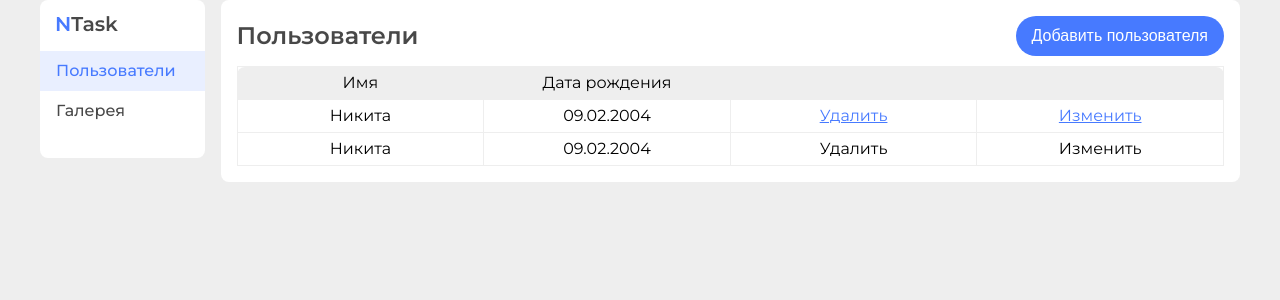
Repository: Grid-Master/NTask
Page: /
These files come from the project's save history. The page is drawn as it stood at one moment and after the next save; the edit follows.
The browser window is 1280 px wide. The pictures show the whole page.
The project was rebuilt for these pictures with package versions that can differ from the ones it lists, and the page was loaded fresh each time.

Above is the page before, as saved 2023-06-05 09:38:22.

### public/index.html
<!DOCTYPE html>
<html lang="en">
  <head>
    <meta charset="utf-8" />
    <link rel="icon" href="%PUBLIC_URL%/favicon.ico" />
    <meta name="viewport" content="width=device-width, initial-scale=1" />
    <meta name="theme-color" content="#000000" />
    <meta name="description" content="Web site created using create-react-app" />
    <link rel="apple-touch-icon" href="%PUBLIC_URL%/logo192.png" />
    <link rel="preconnect" href="https://fonts.googleapis.com" />
    <link rel="preconnect" href="https://fonts.gstatic.com" crossorigin />
    <link
      href="https://fonts.googleapis.com/css2?family=Montserrat:wght@300;400;500;600;700&display=swap"
      rel="stylesheet" />
    <link rel="manifest" href="%PUBLIC_URL%/manifest.json" />
    <title>React App</title>
  </head>
  <body>
    <noscript>You need to enable JavaScript to run this app.</noscript>
    <div id="root"></div>
  </body>
</html>

### src/index.css
html, body, div, span, applet, object, iframe,
h1, h2, h3, h4, h5, h6, p, blockquote, pre,
a, abbr, acronym, address, big, cite, code,
del, dfn, em, img, ins, kbd, q, s, samp,
small, strike, strong, sub, sup, tt, var,
b, u, i, center,
dl, dt, dd, ol, ul, li,
fieldset, form, label, legend,
table, caption, tbody, tfoot, thead, tr, th, td,
article, aside, canvas, details, embed,
figure, figcaption, footer, header, hgroup,
menu, nav, output, ruby, section, summary,
time, mark, audio, video {
	margin: 0;
	padding: 0;
	border: 0;
	font-size: 100%;
	font: inherit;
	vertical-align: baseline;
}
/* HTML5 display-role reset for older browsers */
article, aside, details, figcaption, figure,
footer, header, hgroup, menu, nav, section {
	display: block;
}
body {
	line-height: 1;
}
ol, ul {
	list-style: none;
}
blockquote, q {
	quotes: none;
}
blockquote:before, blockquote:after,
q:before, q:after {
	content: '';
	content: none;
}
table {
	border-collapse: collapse;
}
body {
  margin: 0;
  font-family: Montserrat;
  background: #EEEEEE;
  max-width: 1200px;
  margin: 0 auto;

}

code {
  font-family: source-code-pro, Menlo, Monaco, Consolas, 'Courier New',
    monospace;
}

### src/App.tsx
import './App.css';
import Navbar from './components/navabar/Navbar';
import UserList from './components/userList/UserList';

function App() {
  return (
    <div className="App">
      <Navbar />
      <UserList />
    </div>
  );
}

export default App;

### src/App.css
.App {
  display: flex;
  align-items:start;
  gap: 16px;
}

### src/components/navabar/Navbar.tsx
import { FC } from 'react';
import './navbar.sass';
const logo = require('../../images/logo.png');

const Navbar: FC = () => {
  return (
    <div className="navbar">
      <div className="navbar__imagecontainer">
        <img src={logo} alt="logo" />
      </div>
      <div className="navbar__item navbar__active">Пользователи</div>
      <div className="navbar__item">Галерея</div>
    </div>
  );
};

export default Navbar;

### src/components/userList/UserList.tsx
import React, { FC } from 'react';
import './userList.sass';

const UserList: FC = () => {
  return (
    <div className="userList">
      <div>
        <h1 className="userList__title">Пользователи</h1>
        <button className="userList__addUserBtn">Добавить пользователя</button>
      </div>
      <table className="userList__table">
        <tr className="userList__table-info">
          <td>Имя</td>
          <td>Дата рождения</td>
          <td></td>
          <td></td>
        </tr>
        <tr>
          <td>Никита</td>
          <td>09.02.2004</td>
          <td className="userList__table-btn">Удалить</td>
          <td className="userList__table-btn">Изменить</td>
        </tr>
        <tr>
          <td>Никита</td>
          <td>09.02.2004</td>
          <td>Удалить</td>
          <td>Изменить</td>
        </tr>
      </table>
    </div>
  );
};

export default UserList;

### src/components/navabar/navbar.sass
.navbar
    width: 200px
    height: 158px
    background: #FFFFFF
    border-radius: 8px
    &__imagecontainer
        padding: 16px 0
        margin-left: 16px
    &__item
        padding: 8px 16px
        cursor: pointer
        font-weight: 500
        font-size: 16px
        line-height: 150%
        color: #484848
    &__active
        background: #E9EFFF
        color: #477AFF

### src/components/userList/userList.sass
.userList
    width: 100%
    background: #FFFFFF
    border-radius: 8px
    padding: 16px
    >div
        display: flex
        align-items: center
        justify-content: space-between
    &__title
        font-weight: 600
        font-size: 24px
        line-height: 150%
        color: #484848
    &__addUserBtn
        font-weight: 500
        font-size: 16px
        line-height: 100%
        color: #FFFFFF
        background: #477AFF
        border-radius: 20px
        padding: 12px 16px
        border: none
        outline: none
        cursor: pointer
        transition: .3s
        &:hover
            opacity: .8
    &__table
        margin-top: 10px
        border-radius: 8px
        width: 100%
        border-radius: 8px
        td
            border: 1px solid #EEEEEE
            width: 238px
            text-align: center
            padding: 8px 0
        &-info
            background-color: #EEEEEE
        &-btn
            cursor: pointer
            text-decoration-line: underline
            color: #477AFF
            transition: .2s
            &:hover
                opacity: .8
        tr:first-child td:first-child
            border-top-left-radius: 8px
        tr:first-child td:last-child
            border-top-right-radius: 8px

Loaded but not shown: src/index.tsx (common file)

After the next save:
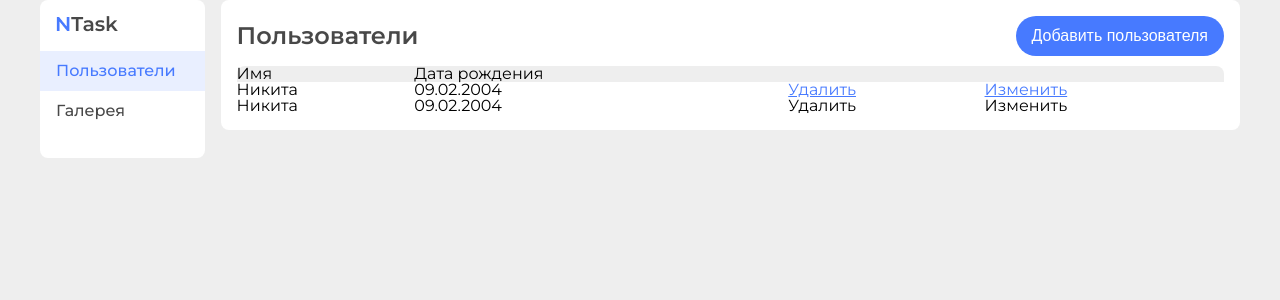
Saved 38 s later.
--- a/src/components/userList/userList.sass
+++ b/src/components/userList/userList.sass
@@ -31,7 +31,7 @@
         border-radius: 8px
         width: 100%
         border-radius: 8px
-        td
+        td:non(:first-child)
             border: 1px solid #EEEEEE
             width: 238px
             text-align: center
